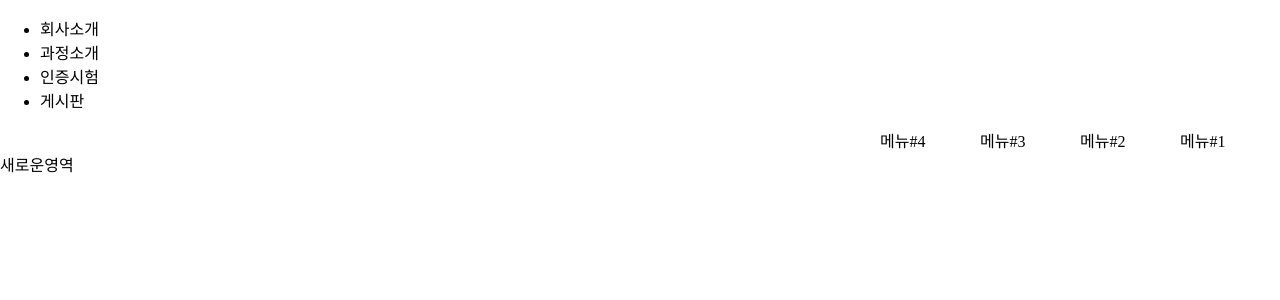
Repository: gyetol/web
Page: 4_11_web/CSS/WebContent/index.html
The author's editor kept a copy of each file at every save. The page is drawn from the files as they stood at one save, then again after the next save.
The browser window is 1280 px wide. The pictures show the whole page.

Above is the page before, as saved 2020-04-11 07:50:16.

### 4_11_web/CSS/WebContent/index.html
<!DOCTYPE html>
<html lang="en">
<head>
    <meta charset="UTF-8">
    <title>gg</title>
    <link rel="stylesheet" href="css/style.css">
</head>
<body>

<ul>
<li>회사소개</li>
<li>과정소개</li>
<li>인증시험</li>
<li>게시판</li>
</ul>

<div class="navi">
<span>메뉴#1</span>
<span>메뉴#2</span>
<span>메뉴#3</span>
<span>메뉴#4</span>
</div>
<div>
새로운영역
</div>



</body>
</html>

### 4_11_web/CSS/WebContent/css/style.css
body{
	margin:0;
	padding:0;

}

div.navi::before, div.navi::after {content:''; display:block; clear:both;}


span{
	float:right;
	display:block;
	width:100px;
}

After the next save:
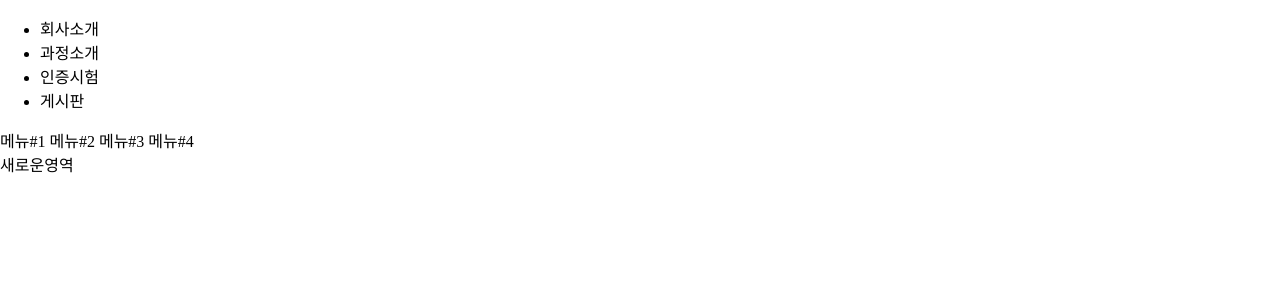
Saved 101 s later.
--- a/4_11_web/CSS/WebContent/css/style.css
+++ b/4_11_web/CSS/WebContent/css/style.css
@@ -4,11 +4,9 @@ body{
 
 }
 
-div.navi::before, div.navi::after {content:''; display:block; clear:both;}
-
-
-span{
-	float:right;
+ul.li{list-style:none;}
+ul::before, ul::after{
+	content:'';
 	display:block;
-	width:100px;
+	clear:both;
 }
